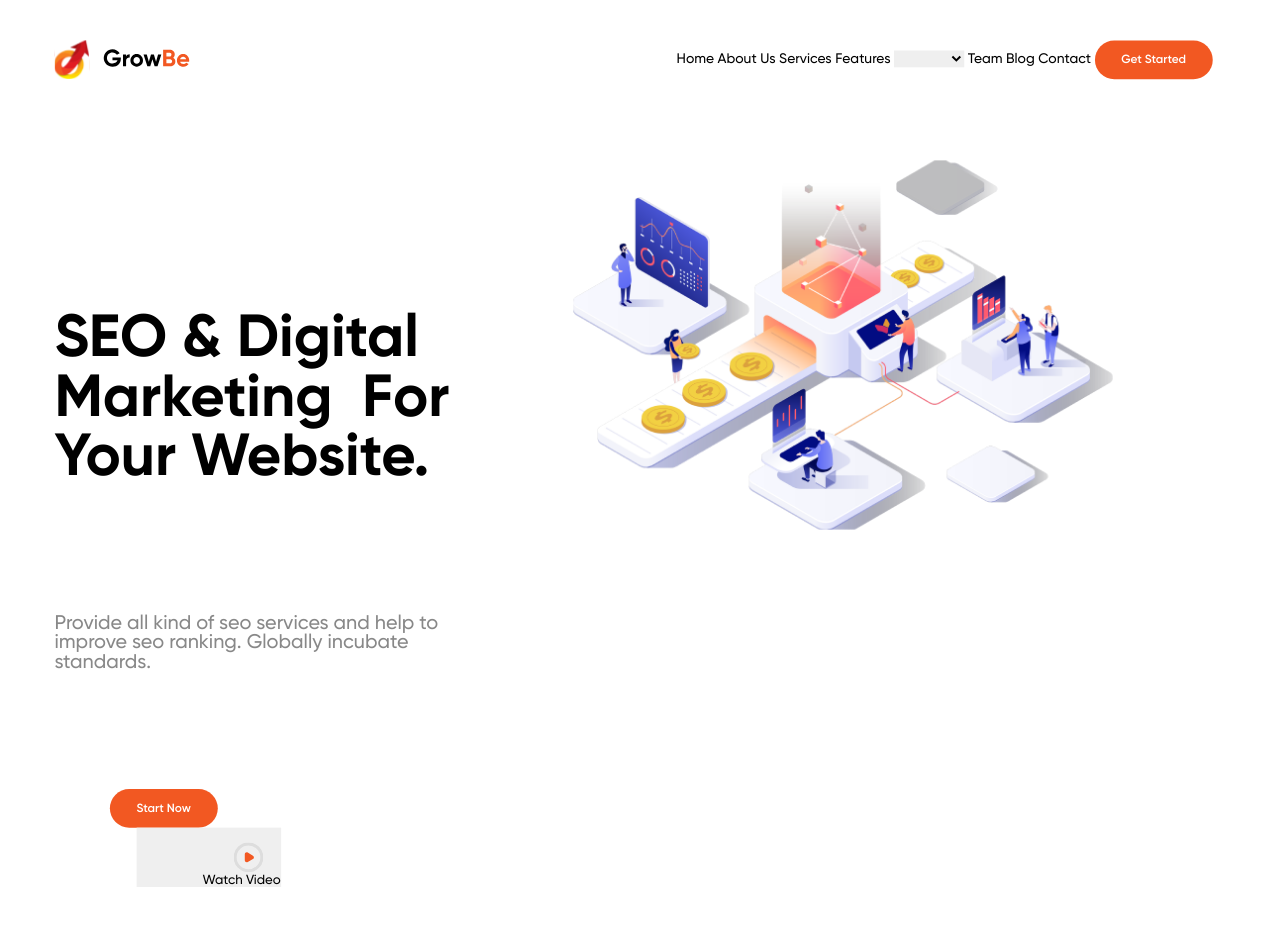
Repository: Alekseiy1980/GrowBe
Page: index.html
An editor plug-in stored every save of this project. The page is shown before and after the next save, followed by the edit.
The browser window is 1280 px wide. The pictures show the whole page, at 99% of full size.

Above is the page before, as saved 2024-01-20 14:32:01.

### index.html
<!DOCTYPE html>
<html lang="en">
<head>
    <meta charset="UTF-8">
    <meta name="viewport" content="width=device-width, initial-scale=1.0">

    <link rel="stylesheet" href="css/reset.css">
    <link rel="stylesheet" href="css/style.css">
    <title>GrowBe</title>
</head>
<body>
    <header>
        <div class="menu_bar">
            <div class="logo">
                <a class="logo-link" href="#">
                    <img src="/img/Logo.svg"  />
                </a>
            </div>
            <nav>
                <a class="menu menu_activ" href="@">Home</a>
                <a class="menu" href="@"> About Us</a>
                <a class="menu" href="@">Services</a>
                <label class="menu menu_label" for="pet-select">Features</label>
                    <select name="pets" id="pet-select">
                    <option value=""></option>
                    <option value="dog">Dog</option>
                    <option value="cat">Cat</option>
                    <option value="hamster">Hamster</option>
                    <option value="parrot">Parrot</option>
                    <option value="spider">Spider</option>
                    <option value="goldfish">Goldfish</option>
                    </select>

                <a class="menu" href="@">Team</a>
                <a class="menu" href="@">Blog</a>
                <a class="menu" href="@">Contact</a>
                <button class="btn_menu" type="button">Get Started</button>
            </nav>
        </div>


        <div class="home_meta">
            <div class="home_content">
                <div class="home_title">
                    <h1>SEO & Digital <span>Marketing</span>  For Your Website.</>
                </div>
            <div class="sub_title">
                <p>Provide all kind of seo services and help to improve seo ranking. Globally incubate standards.</p>
            </div>
            <div class="btn_meta">
                <button class="btn_menu" type="button">Start Now</button>
                <button class="btn_video" type="button">
                        <img
                            src="img/play.svg"
                            alt="play"
                            />
                    Watch Video</button>
            </div>
            </div>
            <div class="home_img">
                <img src="img/home_Image.png" alt="">
            </div>
        </div>
    </header>
</body>
</html>

### css/reset.css

* {
    padding: 0;
    margin: 0;
    border: 0;
}

*,
*::before,
*::after {
    -moz-box-sizing: border-box;
    -webkit-box-sizing: border-box;
    box-sizing: border-box;
}

:focus,
:active {
    outline: none;
}

a:focus,
a:active {
    outline: none;
}

nav,
footer,
header,
aside {
    display: block;
}

html,
body {
    height: 100%;
    width: 100%;
    font-size: 100%;
    line-height: 1;
    font-size: 14px;
    -ms-text-size-adjust: 100%;
    -moz-text-size-adjust: 100%;
    -webkit-text-size-adjust: 100%;
}

input,
button,
textarea {
    font-family: inherit;
}

input::-ms-clear {
    display: none;
}

button {
    cursor: pointer;
}

button::-moz-focus-inner {
    padding: 0;
    border: 0;
}

a,
a:visited {
    text-decoration: none;
}

a:hover {
    text-decoration: none;
}

ul li {
    list-style: none;
}

img {
    vertical-align: top;
}

h1,
h2,
h3,
h4,
h5,
h6 {
    font-size: inherit;
    font-weight: 400;
}

### css/style.css
@font-face {
	font-family: 'Gilroy-Bold';
	src: url(/fonts/Gilroy-Bold.ttf);
}


@font-face {
	font-family: 'Gilroy-Medium';
	src: url(/fonts/Gilroy-Medium.ttf);
}
@font-face{
    font-family: 'Gilroy_Regular';
    src: url(/fonts/Gilroy-Regular.ttf);
}

@font-face{
    font-family: 'Gilroy-SemiBold';
    src: url(/fonts/Gilroy-SemiBold.ttf);
}
body{
    font-family: Gilroy-Medium;
    font-size: 14px;
    font-weight: 400;
    background: #FFF;
    /* max-width: 1920px; */
}

header {
    width: 1170px;
    margin: 0 auto;
}


.menu_bar{
    display: flex;
    justify-content: space-between;
    align-items: center;
    margin-top: 40px;
    height: 40px;
}

.logo{
    width: 137px;
    height: 40px;
}
nav:nth-last-child(n+2){
background: skyblue;
}
.menu{
    display: inline-block;
    color: #000;
    padding-top: 11px;
    padding-bottom: 12px;


}

.menu:hover{
    color: #F25822;
    font-family: Gilroy-SemiBold;
}

.btn_menu{
    color: #FFF;
    font-family: Gilroy-SemiBold;
    font-size: 12px;
    border-radius: 30px;
    background: #F25822;
    padding:12px 27px 13px;
}

.btn_menu:hover{
    background: #f84504;
}


.home_meta{
    margin-top: 82px;
    display: flex;
    width: 1170px;
}

.home_content{
    white-space: pre-wrap;
    width: 522px;
    margin-bottom: 17px;
    padding-right: 40px;

}

.home_title{
    color: #000;
    font-family: Gilroy-Bold;
    font-size: 60px;
    /* padding-top: 80px; */


}

.sub_title{
    color: #888;
    font-size: 20px;
    padding-right: 36px;
    margin-bottom: 37px;
}

.home_ing{
    width: 544px;
}
.btn_video{
    margin-left: 27px;
}

After the next save:
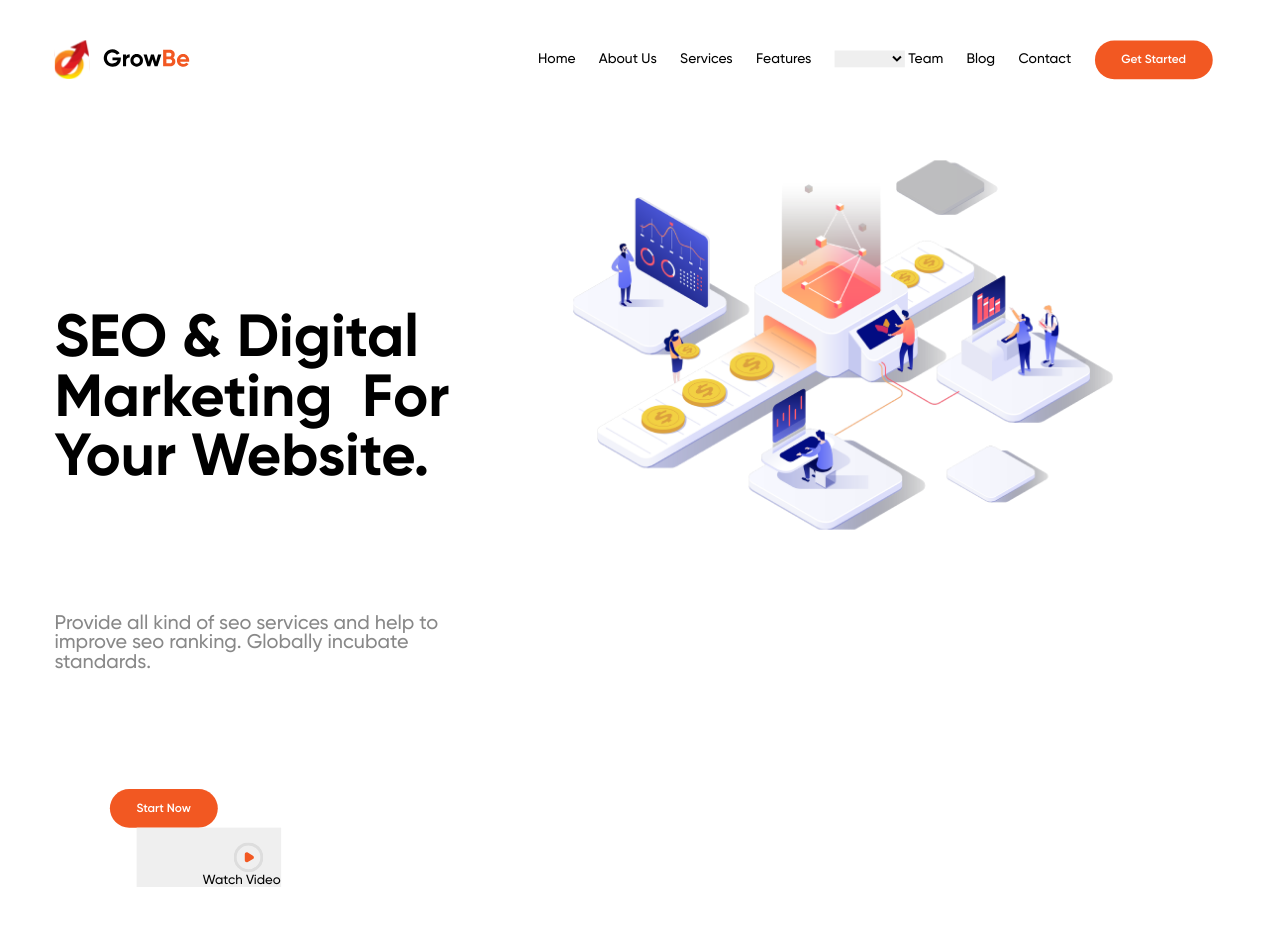
Saved 75 s later.
--- a/css/style.css
+++ b/css/style.css
@@ -43,15 +43,15 @@ header {
     width: 137px;
     height: 40px;
 }
-nav:nth-last-child(n+2){
+/* nav:nth-last-child(n+2){
 background: skyblue;
-}
+} */
 .menu{
     display: inline-block;
     color: #000;
     padding-top: 11px;
     padding-bottom: 12px;
-
+    margin-right: 20px;
 
 }
 
